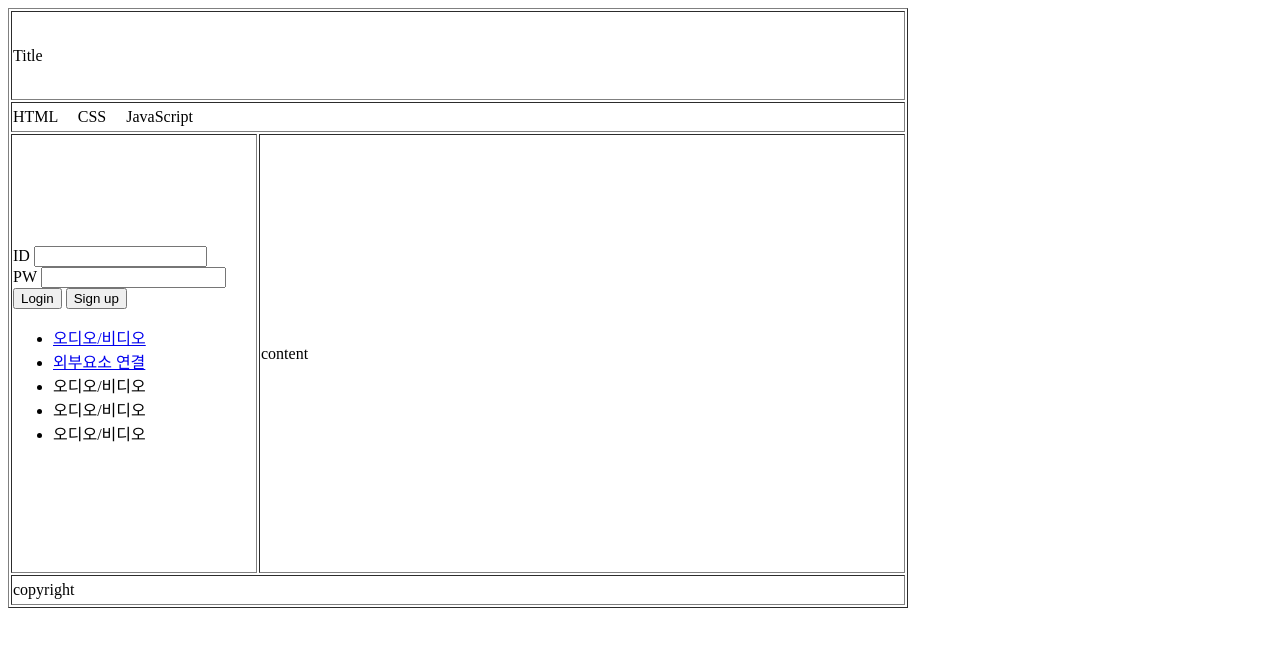
Repository: Hwangjiwon/MultiCampus
Page: 2Study/WebContent/index.html
An editor plug-in stored every save of this project. The page is shown before and after the next save, followed by the edit.
The browser window is 1280 px wide. The pictures show the whole page.

Above is the page before, as saved 2019-05-30 05:12:20.

After the next save:
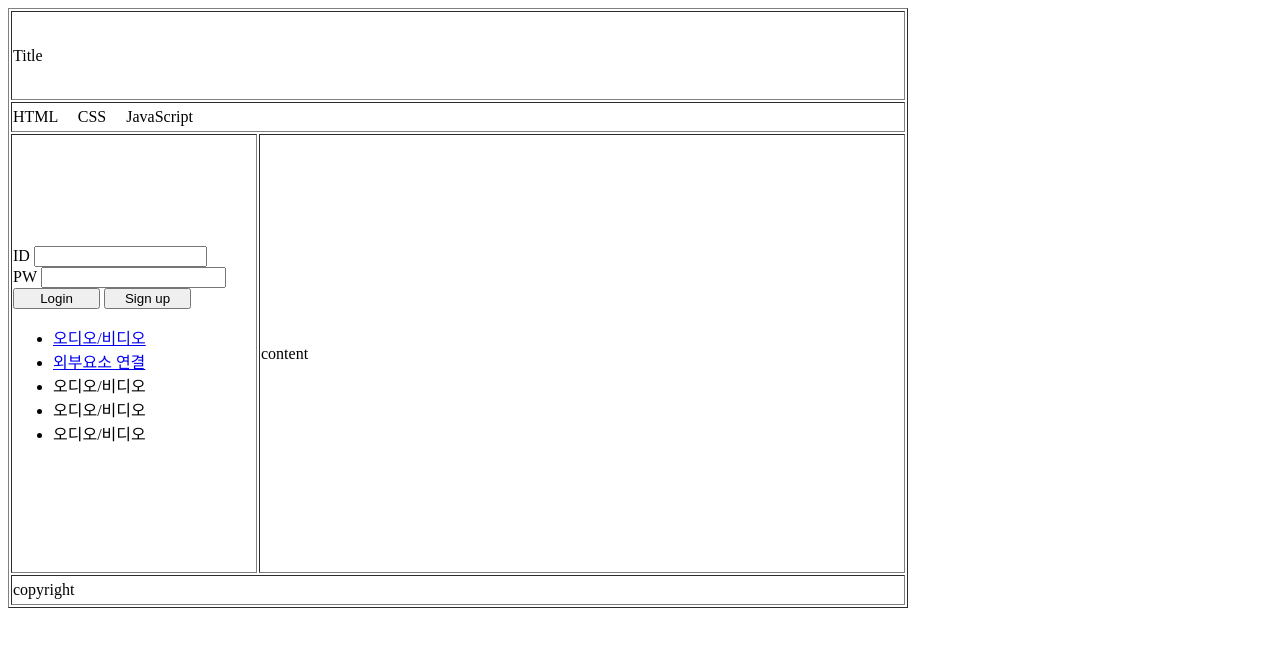
Saved 43 s later.
--- a/2Study/WebContent/index.html
+++ b/2Study/WebContent/index.html
@@ -12,8 +12,8 @@
       <form style="width: 242px; " method ="GET" action ="Main">
 					ID <input name = "id" style="width: 165px; "><br>
 					PW <input name = "pw" type="password"><br>
-					<input type="submit" value="Login" >
-					<input type="submit" value="Sign up">
+					<input type="submit" value="Login" style="width: 87px; ">
+					<input type="submit" value="Sign up" style="width: 87px; ">
 	  </form>
 				<ul>
          <li><a href ="html/audio_video.html">오디오/비디오</a></li>
